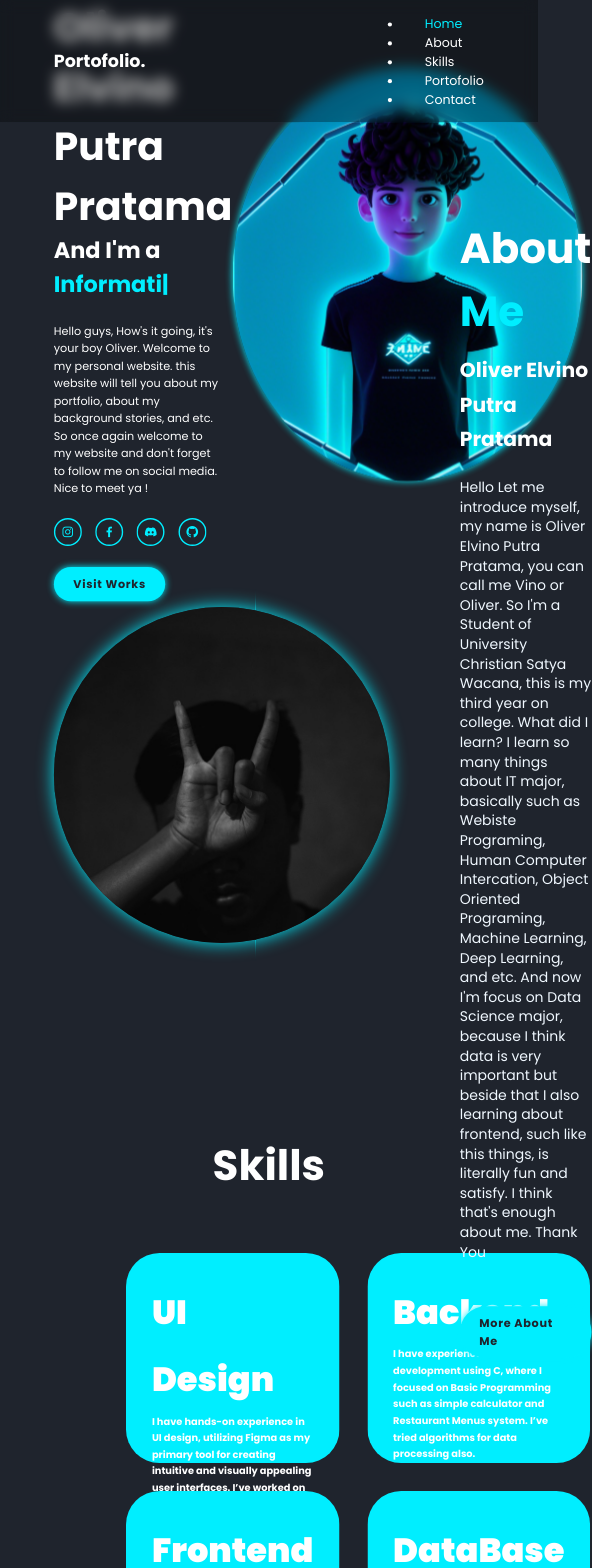
Repository: Olovrelvino/personalWebsite-HtmlCssJs-project
Page: main.html
The author's editor kept a copy of each file at every save. The page is drawn from the files as they stood at one save, then again after a run of saves.
The browser window is 768 px wide. The page is 845 px wide, so the pictures cover 845 px, including what lies to the right of the window. The pictures show the part of the page from y = 0 to 2240 px (the page is 3724 px tall), at 70% of full size.
Some web libraries are served in a nearby version.

Above is the page before, as saved 2024-09-22 22:23:31.

### main.html
<!DOCTYPE html>
<html lang="en">
<head>
    <meta charset="UTF-8">
    <meta name="viewport" content="width=device-width, initial-scale=1.0">
    <title>Oliver's Portofolio</title>
    <link href='https://unpkg.com/boxicons@2.1.4/css/boxicons.min.css' rel='stylesheet'>
    <link rel="stylesheet" href="style.css">
</head>

<body>

    <!-- NAVBAR SECTION -->
    <header class="header">
        <a href="#" class="logo">Portofolio.</a>

        <nav class="navbar">
          <div class="hamburger-menu">
            <div class="bar"></div>
            <div class="bar"></div>
            <div class="bar"></div>
          </div>
          <ul class="nav-menu">
            <li><a href="#home" class="nav-links" style="--i:1;">Home</a></li>
            <li><a href="#about" class="nav-links" style="--i:2;">About</a></li>
            <li><a href="#Skills" class="nav-links" style="--i:3;">Skills</a></li>
            <li><a href="portofolio.html" class="nav-links" style="--i:4;">Portofolio</a></li>
            <li><a href="#contact" class="nav-links" style="--i:5;">Contact</a></li>
          </ul>
        </nav>
      </header>

    <!-- HOME SECTION -->
    <section class="home" id="home">
        <div class="home-content">
            <h3>Hi, It's your boy</h3>
            <h1>Oliver Elvino Putra Pratama</h1>
            <h3>And I'm a <span class="multiple-text"></span></h3>
            <p>Hello guys, How's it going, it's your boy Oliver. Welcome to my personal website.
                this website will tell you about my portfolio, about my background stories, and etc.
                So once again welcome to my website and don't forget to follow me on social media. Nice to meet ya !
            </p>
            <div class="soscial-media">
                <a href="#" style="--i:7;"><i class='bx bxl-instagram'></i></a>
                <a href="#" style="--i:8;"><i class='bx bxl-facebook' ></i></a>
                <a href="#" style="--i:9;"><i class='bx bxl-discord-alt' ></i></a>
                <a href="#" style="--i:10;"><i class='bx bxl-github'></i></a>
            </div>
            <a href="#" class="btn">Visit Works</a>
        </div>

        <div class="home-img">
            <img src="imagePW.png" alt="">
        </div>
    </section>

    <!-- ABOUT SECTION -->
     <section class="about" id="about">
        <div class="about-img">
            <img src="vino2.jpg">
        </div>
        <div class="about-text">
            <h2>About <span>Me</span></h2>
            <h4>Oliver Elvino Putra Pratama</h4>
            <P>Hello Let me introduce myself, my name is Oliver Elvino Putra Pratama, you can call me Vino or Oliver.
                So I'm a Student of University Christian Satya Wacana, this is my third year on college. What did I learn? I learn so many things about IT major,
                basically such as Webiste Programing, Human Computer Intercation, Object Oriented Programing,
                Machine Learning, Deep Learning, and etc. And now I'm focus on Data Science major, because I think data is very important but
                beside that I also learning about frontend, such like this things, is literally fun and satisfy. I think that's enough about me. Thank You
            </P>
            <a href="#" class="btn-content">More About Me</a>
        </div>
     </section>

     <section class="Skills" id="Skills">
        <div class="skills-text">
            <h2>Skills</h2>
        </div>

        <div class="Skills-container">
            <div class="Skills-box">
                <div class="Skills-info">
                    <h4>UI Design</h4>
                    <p>I have hands-on experience in UI design, utilizing Figma as my primary tool for creating intuitive and visually appealing user interfaces.
                        I’ve worked on various projects where I designed wireframes, prototypes, and high-fidelity mockups. Figma’s collaborative features enabled me to work efficiently with team members,
                        iterate designs quickly, and maintain consistency across different screen sizes and platforms.
                    </p>
                </div>
            </div>

            <div class="Skills-box">
                <div class="Skills-info">
                    <h4>Backend</h4>
                    <p>I have experience in backend development using C,
                        where I focused on Basic Programming such as simple calculator and Restaurant Menus system.
                        I’ve tried algorithms for data processing also.
                    </p>
                </div>
            </div>

            <div class="Skills-box">
                <div class="Skills-info">
                    <h4>Frontend</h4>
                    <p>
                        I have experience in frontend development, using HTML, CSS, and JavaScript to build responsive and dynamic website.
                        I’ve created user-friendly interfaces, ensuring cross-browser compatibility and optimizing for performance.
                    </p>
                </div>
            </div>

            <div class="Skills-box">
                <div class="Skills-info">
                    <h4>DataBase</h4>
                    <p>
                        I have experience in database management using MySQL, Oracle APEX, and ERD.
                        I’ve designed and optimized relational databases, created detailed ER diagrams to model data structures,
                        and implemented them in MySQL for efficient data handling.
                    </p>
                </div>
            </div>
        </div>
     </section>

     <section class="contact" id="contact">
        <h2 class="heading">Contact <span class="highlight">Me</span></h2>

        <form action="">
            <div class="input-group">
                <div class="input-box">
                    <input type="text" placeholder="Full name">
                    <input type="email" placeholder="Email">
                </div>
                <div class="input-box">
                    <input type="number" placeholder="Phone Number">
                    <input type="text" placeholder="Subject">
                </div>
            </div>

            <div class="input-group-2">
                <textarea name="" id="" cols="30" rows="10" placeholder="Your Message"></textarea>
                <input type="submit" value="Send Message" class="btn-contact">
            </div>
        </form>
     </section>

     <!-- Footer Section -->
     <footer class="footer">
        <div class="social">
            <a href="#" style="--i:7;"><i class='bx bxl-instagram'></i></a>
            <a href="#" style="--i:8;"><i class='bx bxl-facebook' ></i></a>
            <a href="#" style="--i:9;"><i class='bx bxl-discord-alt' ></i></a>
            <a href="#" style="--i:10;"><i class='bx bxl-github'></i></a>
        </div>

        <ul class="list">
            <li>
                <a href="#">FAQ</a>
            </li>

            <li>
                <a href="#">About</a>
            </li>

            <li>
                <a href="#">Portfolio</a>
            </li>

            <li>
                <a href="#">Contact</a>
            </li>
            <p class="copyright">
                © Oliver Elvino | All Right Reserved
            </p>
        </ul>
     </footer>

    <script src="https://unpkg.com/typed.js@2.1.0/dist/typed.umd.js"></script>
    <script src="script.js"></script>
</body>
</html>

### style.css
@import url('https://fonts.googleapis.com/css?family=Poppins:400,700,900');

* {
    margin: 0;
    padding: 0;
    border: none;
    outline: none;
    scroll-behavior: smooth;
    box-sizing: border-box;
    font-family: 'Poppins', sans-serif;
}

body {
    background: #1f242d;
    color: #fff;
    overflow-x: hidden;

}

.header {
    position: fixed;
    top: 0;
    left: 0;
    width: 100%;
    padding: 20px 10%;
    background: rgba(0, 0, 0, 0.3);
    backdrop-filter: blur(10px);
    display: flex;
    justify-content: space-between;
    align-items: center;
    z-index: 100;

}

.logo {
    font-size: 25px;
    color: #fff;
    text-decoration: none;
    font-weight: 600;
    cursor: default;
    opacity: 0;
    animation: slideRight 1s ease forwards;

}

.navbar a {
    display: inline-block;
    font-size: 18px;
    color: #fff;
    text-decoration: none;
    font-weight: 500;
    margin-left: 35px;
    transition: .3s;
    opacity: 0;
    animation: slideTop 1s ease forwards;
    animation-delay: calc(.2s * var(--i));

}

.nav-links {
    color: #fff;
    transition: color 0.3s ease;
}

.nav-links.active {
    color: #0ef;
}


.navbar a:hover {
    color: #0ef;

}

.home {
    position: relative;
    width: 100%;
    height: 100vh;
    display: flex;
    justify-content: space-between;
    align-items: center;
    padding: 10% 10% 0;
    padding-top: 10px;

}

.home-content {
    max-width: 850px;
}

.home-content h3 {
    font-size: 32px;
    font-weight: 700;
    opacity: 0;
    animation: slideBottom 1s ease forwards;
    animation-delay: .7s;
}

.home-content h3:nth-of-type(2) {
    margin-bottom: 30px;
    opacity: 0;
    animation: slideTop 1s ease forwards;
    animation-delay: .7s;
}

.home-content h3 span {
    color: #0ef;
}

.home-content h1 {
    font-size: 56px;
    font-weight: 700;
    margin: -3px 0;
    opacity: 0;
    animation: slideRight 1s ease forwards;
    animation-delay: .9s;
}

.home-content p {
    font-size: 16px;
    margin-right: 20px;
    opacity: 0;
    animation: slideLeft 1s ease forwards;
    animation-delay: .9s;
}

.home-img img{
    max-width: 500px;
    opacity: 0;
    animation: zoomIn 1s ease forwards, floatImage 4s ease-in-out infinite;
    animation-delay: 2s, 3s;
    border-radius: 50%;
    box-shadow: 0 0 10px #0ef;

}

.soscial-media a {
    display: inline-flex;
    justify-content: center;
    align-items: center;
    width: 40px;
    height: 40px;
    background: transparent;
    border: 2px solid #0ef;
    border-radius: 50%;
    font-size: 20px;
    color:#0ef;
    text-decoration: none;
    margin: 30px 15px 30px 0;
    transition: .5s ease;
    opacity: 0;
    animation: slideLeft 1s ease forwards;
    animation-delay: calc(.2s * var(--i));

}

.soscial-media a:hover {
    background: #0ef;
    color: #1f242d;
    box-shadow: 0 0 20px #0ef;
}

.btn {
    display: inline-block;
    padding: 12px 28px;
    background: #0ef;
    border-radius: 40px;
    box-shadow: 0 0 10px #0ef;
    font-size: 16px;
    color: #1f242d;
    letter-spacing: 1px;
    text-decoration: none;
    font-weight: 600;
    opacity: 0;
    animation: slideTop 1s ease forwards;
    animation-delay: .2s;
}


.about {
    position: relative;
    width: 100%;
    height: 80vh;
    display: flex;
    justify-content: space-between;
    gap: 100px;
    align-items: center;
    padding: 10% 10% 0;
    padding-top: 10px;
}

.about-img img {
    margin-bottom: 30px;
    max-width: 480px;
    border-radius: 50%;
    box-shadow: 0 0 25px #0ef;
    cursor: pointer;
    transition: 0.4s ease-in-out;

}

.about-img img:hover {
    box-shadow: 0 0 25px #0ef,
                0 0 50px #0ef,
                0 0 100px #0ef;

}

.about-text h2 {
    font-size: 60px;
}

.about-text h2 span {
    color:#0ef;
}

.about-text h4 {
    font-size: 29px;
    font-weight: 600;
    color:#fff;
    line-height: 1.7;
    margin: 15px 0 30px;

}

.about-text p {
    color: aliceblue;
    font-size: 20px;
    line-height: 1.4;
    margin-bottom: 4rem;

}

.btn-content {
    display: inline-block;
    padding: 12px 28px;
    background: #0ef;
    border-radius: 40px;
    box-shadow: 0 0 10px #0ef;
    font-size: 16px;
    color: #1f242d;
    letter-spacing: 1px;
    text-decoration: none;
    font-weight: 600;
}

.Skills {
    margin: 180px;
}

.skills-text h2 {
    margin-bottom: 5rem;
    font-size: 60px;
    text-align: center;
    color: #fff;
}

.Skills-container {
    display: grid;
    grid-template-columns: repeat(2, 1fr);
    align-items: center;
    gap: 2.5rem;
}

.Skills-box {
    background-color:#0ef;
    height: 300px;
    border-radius: 3rem;
    border: 5px solid transparent;
    cursor: pointer;
    transition: 0.4s ease-in-out;
}

.Skills-box:hover {
    background: #fff;
    color:#1f242d;
    border: 5px solid #0ef;
    transform: scale(1.03);
}

.Skills-box .Skills-info {
    display: flex;
    flex-direction: column;
    text-align: left;
    max-height: 200px;
    justify-content: left;
    align-items: baseline;
    padding: 2rem 2rem;
}

.Skills-info h4 {
    font-size: 3rem;
    font-weight: 800;
    line-height: 2;
}

.Skills-info p {
    font-size: 14px;
    font-weight: 600;
    max-height: 100px;
    line-height: 1.7;
    margin: auto;
}

.contact {
    margin-top: 50px;
    padding: 50px 20px;
    text-align: center;
}

.contact .heading {
    font-size: 56px;
    margin-bottom: 40px;
    font-weight: 600;
}

.highlight {
    color:#0ef;
}

.input-group, .input-group-2 {
    display: block;
    width: 100%;
    max-width: 600px;
    margin: 0 auto;
}


.input-box {
    width: 100%;
    margin-bottom: 20px;
}

input, textarea {
    width: 100%;
    padding: 15px;
    font-size: 16px;
    margin-bottom: 15px;
    border: 2px solid #303d43;
    border-radius: 10px;
    box-sizing: border-box;
}


textarea {
    height: 200px;
    resize: none;
}


.btn-contact {
    display: block;
    width: 30%;
    padding: 15px;
    background-color: #0ef;
    font-size: 16px;
    border: none;
    border-radius: 5px;
    cursor: pointer;
    transition: 0.3s ease;
    margin-top: 10px;
}

.btn-contact:hover {
    color:#1f242d;
    box-shadow: 0 0 25px #0ef;
}

.footer {
    position: relative;
    bottom: 0;
    width: 100%;
    padding: 40px 0;
    background-color: rgba(0, 0, 0, 0.3);

}

.footer .social {
    text-align: center;
    padding-bottom: 25px;
    color: #0ef;

}

.footer .social a {
    font-size: 25px;
    color: #0ef;
    border: 2px solid #0ef;
    width: 42px;
    height: 42px;
    line-height: 42px;
    display: inline-block;
    text-align: center;
    border-radius: 50%;
    margin: 0 10px;
    transition: 0.3s ease-in-out;

}

.footer .social a:hover {
    transform: scale(1.2)translateY(-10px);
    background-color: #0ef;
    color:#1f242d;
    box-shadow: 0 0 25px #0ef;
}

.footer ul {
    margin-top: 0;
    padding: 0;
    font-size: 18px;
    line-height: 1.6;
    margin-bottom: 0;
    text-align: center;
}

.footer ul li a {
    color:#fff;
    border-bottom: 3px solid transparent;
    transition: 0.3s ease-in-out;
}

.footer ul li a:hover {
    border-bottom: 3px solid #0ef;
}

.footer ul li {
    display: inline-block;
    padding: 0 15px;
}

.footer .copyright {
    margin-top: 50px;
    text-align: center;
    font-size: 16px;
    color:#fff;
}


/* KEYFRAMES ANIMATION */
@keyframes slideRight {
    0% {
        transform: translateX(-100px);
        opacity: 0;
    }

    100% {
        transform: translateX(0);
        opacity: 1;
    }
}

@keyframes slideLeft {
    0% {
        transform: translateX(100px);
        opacity: 0;
    }

    100% {
        transform: translateX(0);
        opacity: 1;
    }
}

@keyframes slideTop {
    0% {
        transform: translateY(100px);
        opacity: 0;
    }

    100% {
        transform: translateY(0);
        opacity: 1;
    }
}

@keyframes slideBottom {
    0% {
        transform: translateY(-100px);
        opacity: 0;
    }

    100% {
        transform: translateY(0);
        opacity: 1;
    }
}

@keyframes zoomIn {
    0% {
        transform: scale(0);
        opacity: 0;
    }

    100% {
        transform: scale(1);
        opacity: 1;
    }
}

@keyframes floatImage {
    0% {
        transform: translateY(0);

    }
    50% {
        transform: translateY(-24px);

    }
    100% {
        transform: translateY(0);

    }
}

### script.js
var typed = new Typed(".multiple-text", {
    strings: ["Student of UKSW", "Information Technology Major", "Code Anthusiast"],
    typeSpeed: 100,
    backSpeed: 100,
    backDelay: 1000,
    loop: true
})

// document.querySelectorAll('.navbar a').forEach(anchor => {
//     anchor.addEventListener('click', function(e) {
//         const target = document.querySelector(this.getAttribute('href'));

//         // Remove 'active' class from all links
//         document.querySelectorAll('.navbar a').forEach(link => {
//             link.classList.remove('active');
//         });

//         // Add 'active' class to the clicked link
//         this.classList.add('active');

//         // Smooth scroll to the section (only if the target exists)
//         if (target) {
//             e.preventDefault();
//             target.scrollIntoView({
//                 behavior: 'smooth'
//             });
//         }
//     });
// });

// // Mendapatkan semua elemen section yang ditargetkan
// const sections = document.querySelectorAll('section');
// const navLinks = document.querySelectorAll('.navbar a');

// // Fungsi untuk mengubah tautan yang aktif
// function changeActiveNav() {
//     let index = sections.length;

//     // Loop untuk menentukan bagian halaman mana yang sedang di viewport
//     while (--index && window.scrollY + 100 < sections[index].offsetTop) {}

//     // Hapus class 'active' dari semua tautan
//     navLinks.forEach((link) => link.classList.remove('active'));

//     // Tambahkan class 'active' pada tautan yang sesuai dengan bagian halaman
//     navLinks[index].classList.add('active');
// }

// // Event listener ketika halaman discroll
// window.addEventListener('scroll', changeActiveNav);

// // Event listener untuk klik pada tautan navbar
// navLinks.forEach((link) => {
//     link.addEventListener('click', function() {
//         // Hapus class 'active' dari semua tautan
//         navLinks.forEach((link) => link.classList.remove('active'));

//         // Tambahkan class 'active' pada tautan yang diklik
//         this.classList.add('active');
//     });
// });

// // Deteksi apakah halaman Portfolio sedang dibuka
// if (window.location.href.includes('portofolio.html')) {
//     document.querySelector('.navbar a[href="portofolio.html"]').classList.add('active');
// }

// Mengambil semua link navigasi dan bagian
const sections = document.querySelectorAll('section');
const navLinks = document.querySelectorAll('.navbar a');

// Fungsi untuk menambahkan kelas 'active' ke link navigasi
window.onscroll = () => {
    let current = "";

    sections.forEach(section => {
        const sectionTop = section.offsetTop;
        const sectionHeight = section.clientHeight;

        // Memeriksa jika posisi scroll berada di dalam section
        if (pageYOffset >= sectionTop - sectionHeight / 3) {
            current = section.getAttribute('id'); // Mendapatkan id dari section yang aktif
        }
    });

    navLinks.forEach(link => {
        link.classList.remove('active'); // Menghapus class active dari semua link
        if (link.getAttribute('href').includes(current)) {
            link.classList.add('active'); // Menambahkan class active ke link yang sesuai
        }
    });
};

After the next 2 saves:
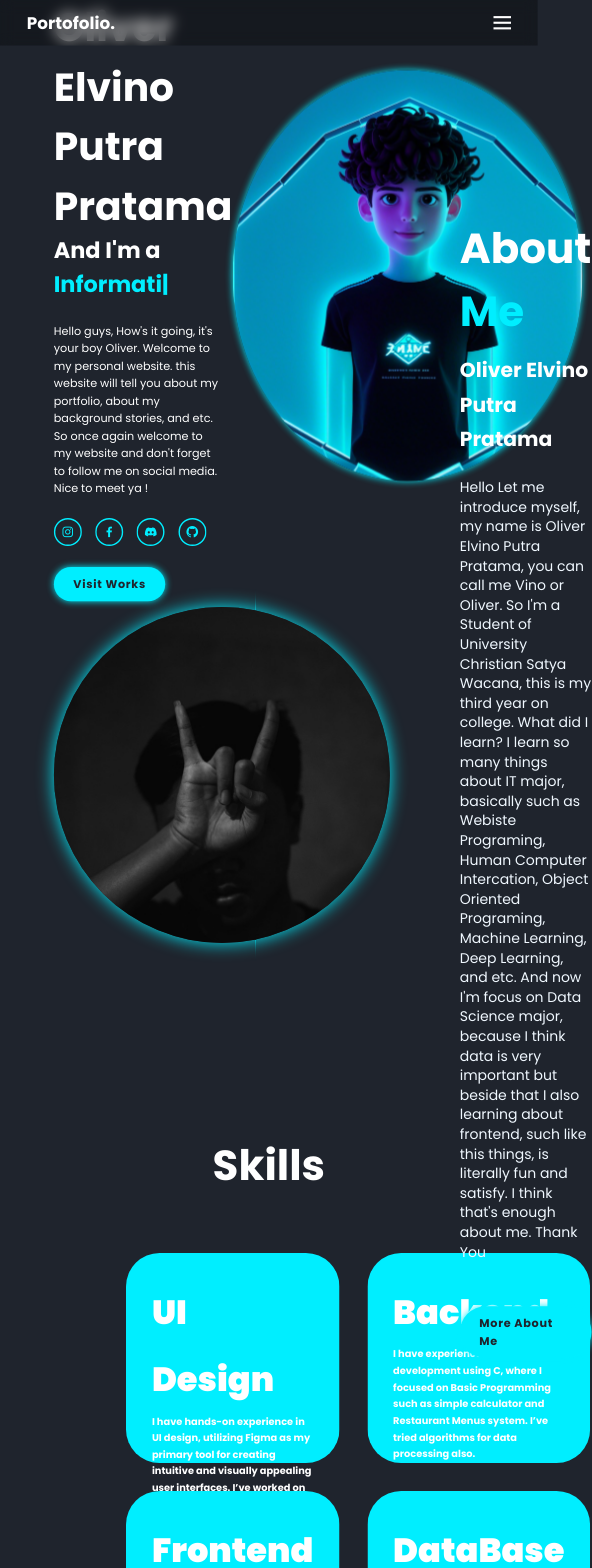
The 2 saves are shown as one change because they came seconds apart.
The last was saved 48 s later.
--- a/style.css
+++ b/style.css
@@ -22,55 +22,97 @@ body {
     top: 0;
     left: 0;
     width: 100%;
-    padding: 20px 10%;
+    padding: 15px 5%;
     background: rgba(0, 0, 0, 0.3);
     backdrop-filter: blur(10px);
     display: flex;
     justify-content: space-between;
     align-items: center;
     z-index: 100;
-
-}
-
-.logo {
-    font-size: 25px;
+  }
+
+  .logo {
+    font-size: 1.5rem;
     color: #fff;
     text-decoration: none;
     font-weight: 600;
-    cursor: default;
-    opacity: 0;
-    animation: slideRight 1s ease forwards;
-
-}
-
-.navbar a {
-    display: inline-block;
-    font-size: 18px;
+  }
+
+  .navbar {
+    display: flex;
+    align-items: center;
+  }
+
+  .nav-menu {
+    display: flex;
+    list-style: none;
+  }
+
+  .nav-links {
+    font-size: 1rem;
     color: #fff;
     text-decoration: none;
     font-weight: 500;
     margin-left: 35px;
     transition: .3s;
-    opacity: 0;
-    animation: slideTop 1s ease forwards;
-    animation-delay: calc(.2s * var(--i));
-
-}
-
-.nav-links {
-    color: #fff;
-    transition: color 0.3s ease;
-}
-
-.nav-links.active {
+  }
+
+  .nav-links:hover,
+  .nav-links.active {
     color: #0ef;
-}
-
-
-.navbar a:hover {
-    color: #0ef;
-
-}
+  }
+
+  .hamburger-menu {
+    display: none;
+    cursor: pointer;
+  }
+
+  .bar {
+    display: block;
+    width: 25px;
+    height: 3px;
+    margin: 5px auto;
+    transition: all 0.3s ease-in-out;
+    background-color: #fff;
+  }
+
+  @media screen and (max-width: 768px) {
+    .hamburger-menu {
+      display: block;
+    }
+
+    .hamburger-menu.active .bar:nth-child(2) {
+      opacity: 0;
+    }
+
+    .hamburger-menu.active .bar:nth-child(1) {
+      transform: translateY(8px) rotate(45deg);
+    }
+
+    .hamburger-menu.active .bar:nth-child(3) {
+      transform: translateY(-8px) rotate(-45deg);
+    }
+
+    .nav-menu {
+      position: fixed;
+      left: -100%;
+      top: 70px;
+      gap: 0;
+      flex-direction: column;
+      background-color: rgba(0, 0, 0, 0.8);
+      width: 100%;
+      text-align: center;
+      transition: 0.3s;
+    }
+
+    .nav-links {
+      margin: 16px 0;
+    }
+
+    .nav-menu.active {
+      left: 0;
+    }
+  }
 
 .home {
     position: relative;
